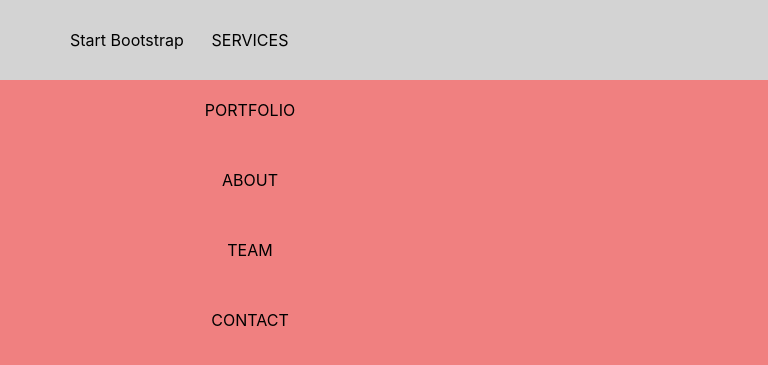
Repository: ooter37/media-queries-afternoon
Page: / (app in portfolio-clone/)
An editor plug-in stored every save of this project. The page is shown before and after the next save, followed by the edit.
The browser window is 768 px wide. The pictures show the whole page.
The project was rebuilt for these pictures with package versions that can differ from the ones it lists, and the page was loaded fresh each time.

Above is the page before, as saved 2020-04-13 13:44:23.

After the next save:
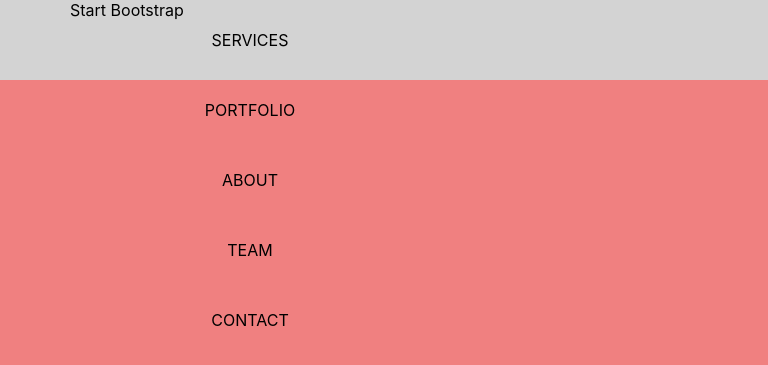
Saved 2 min 6 s later.
--- a/portfolio-clone/src/App.css
+++ b/portfolio-clone/src/App.css
@@ -35,6 +35,9 @@ body {
 }
 
 @media screen and (max-width: 991px) {
+  .navbar {
+    flex-direction: column;
+  }
   .buttons {
     flex-direction: column;
     min-width: 300px;
@@ -42,4 +45,5 @@ body {
     position: fixed;
     left: 0px;
   }
+
 }
